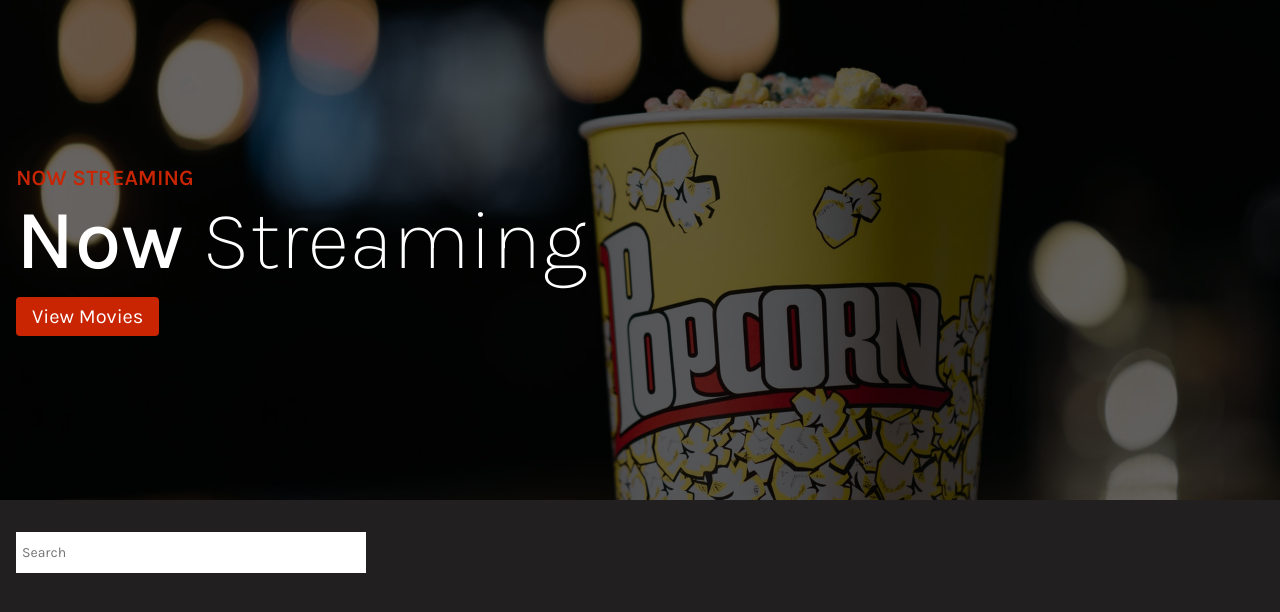
Repository: tomas938/films-overview
Page: /
An editor plug-in stored every save of this project. The page is shown before and after the next save, followed by the edit.
The browser window is 1280 px wide. The pictures show the whole page.
The page's requests for data from a server got no answer. The project was rebuilt for these pictures with package versions that can differ from the ones it lists, and the page was loaded fresh each time. The framework's server and built-in components were replaced by stand-ins that run in the browser. No one was signed in, and anything a server would have sent is missing. Also part of the build but not shown: nuxt.config.js, components/Loading.vue.

Above is the page before, as saved 2021-08-26 21:28:55.

After the next save:
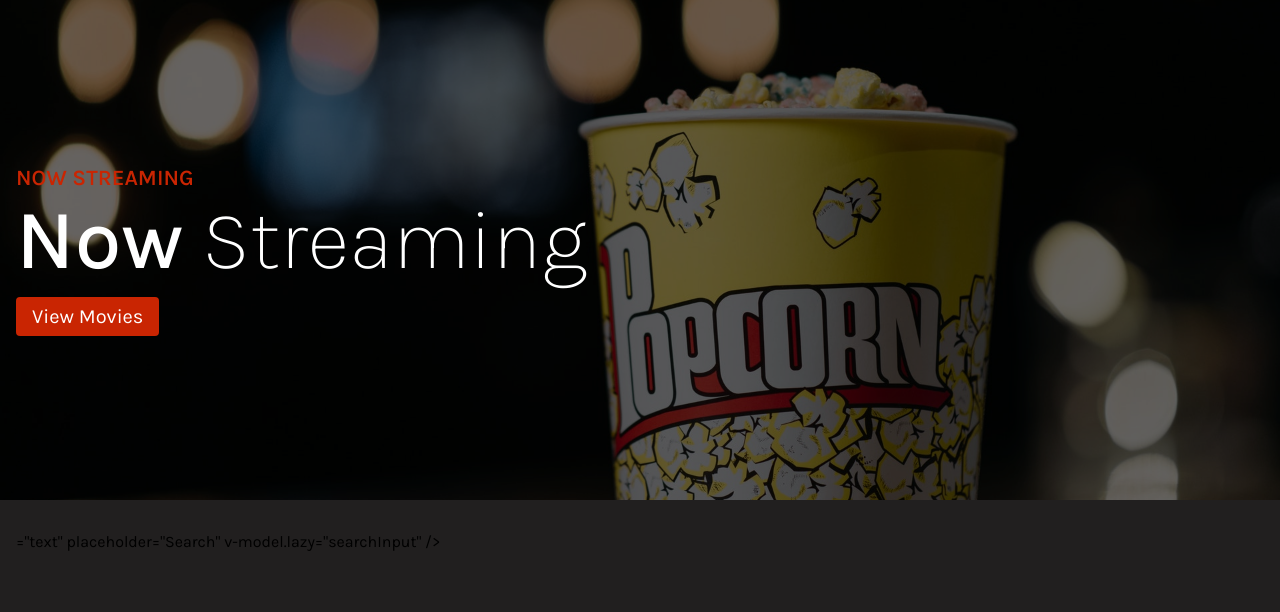
Saved 6 s later.
--- a/pages/index.vue
+++ b/pages/index.vue
@@ -3,8 +3,8 @@
     <Hero></Hero>
     <div class="container search">
       <input
-        @keyup
-        type="text"
+        @keyup.enter="type"
+        ="text"
         placeholder="Search"
         v-model.lazy="searchInput"
       />
